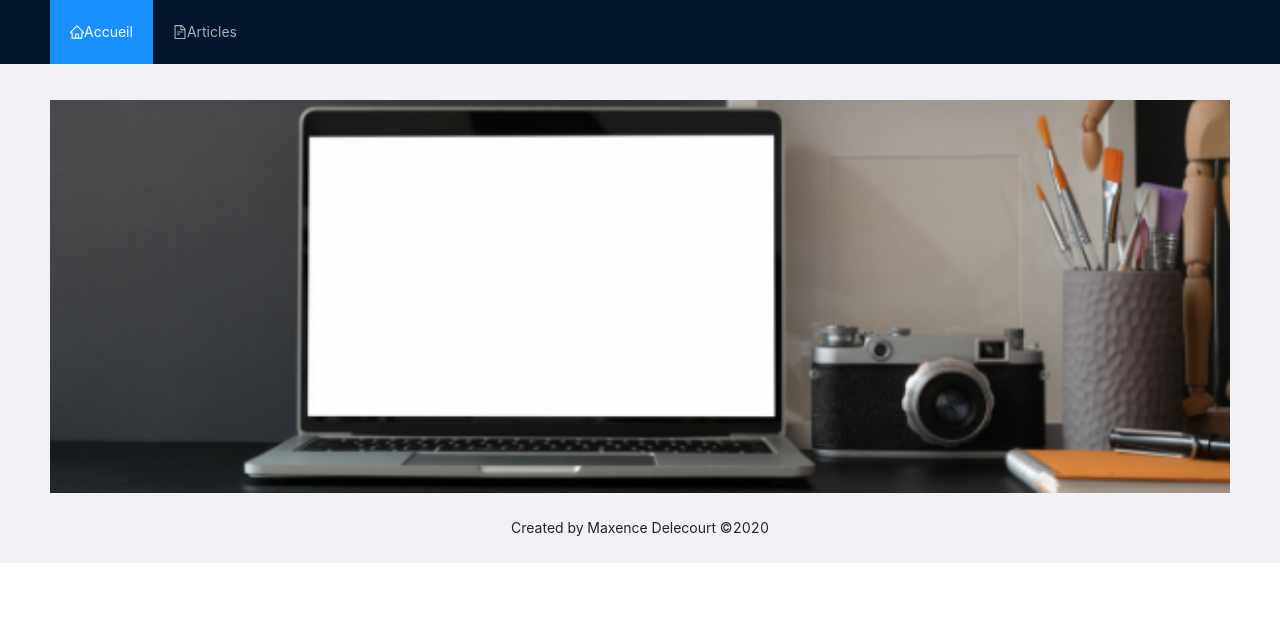
Repository: MaxenceDelecourt/ReactBlog
Page: /
An editor plug-in stored every save of this project. The page is shown before and after the next save, followed by the edit.
The browser window is 1280 px wide. The pictures show the whole page.
The project was rebuilt for these pictures with package versions that can differ from the ones it lists, and the page was loaded fresh each time. Also part of the build but not shown: src/Api/Api.js, src/Admin/ModifyPost.js, src/Post/Post.js, src/PostDescription/PostDescription.js, src/Admin/Admin.js, src/Admin/AdminDashboard.js.

Above is the page before, as saved 2020-06-15 16:32:42.

After the next save:
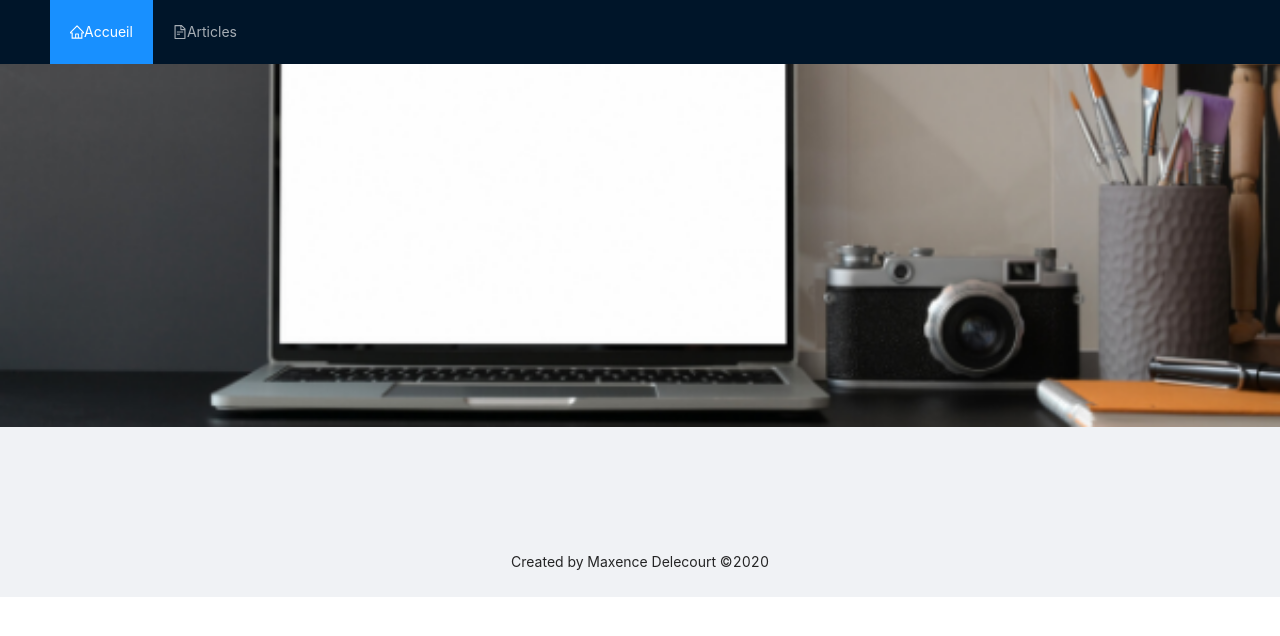
Saved 30 s later.
--- a/src/App.js
+++ b/src/App.js
@@ -22,8 +22,8 @@ function App() {
           <Header style={{ position: 'fixed', width: '100%', zIndex: '999' }}>
             <Navigation />
           </Header>
+          <Route path='/' exact component={Accueil} />
           <Content style={{ padding: '0 50px', width: '100%', height: '100%', marginTop: 100 }}>
-            <Route path='/' exact component={Accueil} />
             <Route path='/Post' exact component={Post} />
             <Route path='/PostDescription/:slug' exact component={PostDescription} />
             <Route path='/MaxAdmin' exact component={Admin} />
